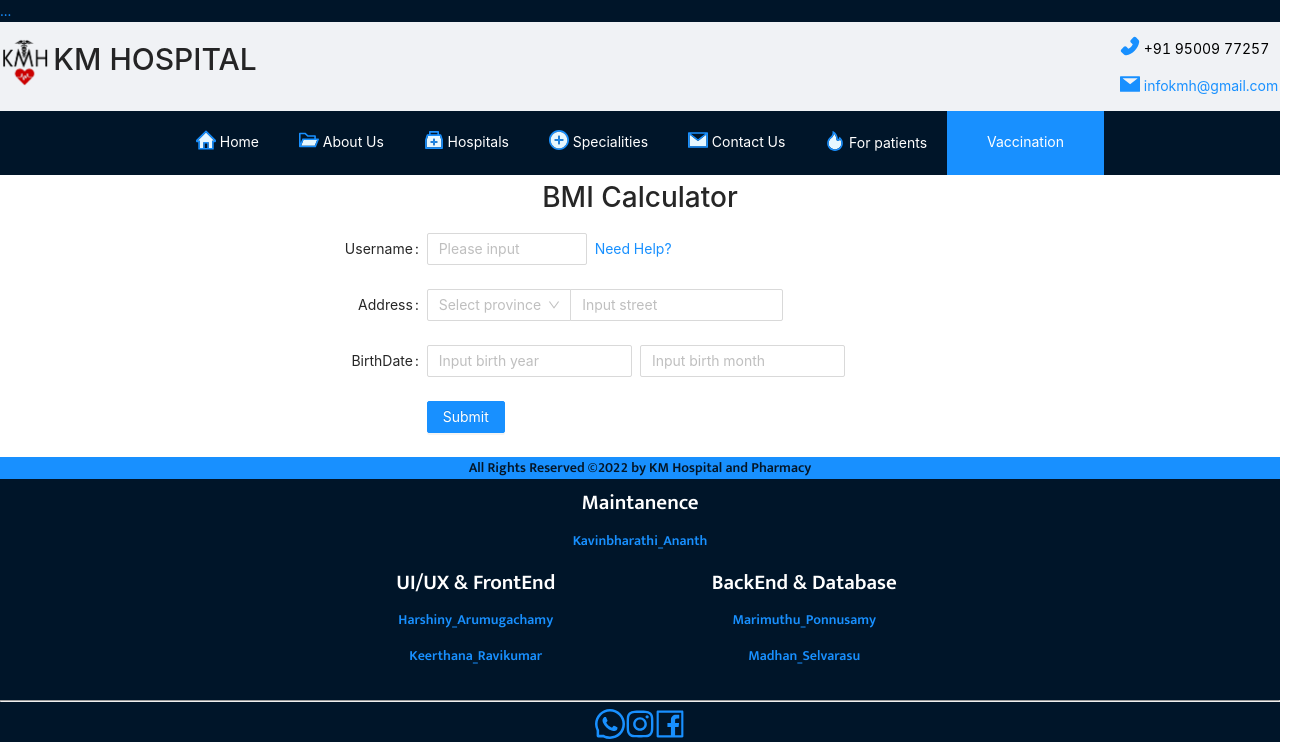
Repository: marimuthu1001/KHM-hospital
Page: /bmicalculator (app in km-hospital/)
These files come from the project's save history. The page is drawn as it stood at one moment and after the next save; the edit follows.
The browser window is 1280 px wide. The page is 1297 px wide, so the pictures cover 1297 px, including what lies to the right of the window. The pictures show the whole page.
The project was rebuilt for these pictures with package versions that can differ from the ones it lists, and the page was loaded fresh each time. Also part of the build but not shown: km-hospital/src/Styles/ContactUs.module.css, km-hospital/src/Pages/ContactUs.jsx, km-hospital/src/Pages/AboutUS.jsx, km-hospital/src/Styles/Specialities.module.css, km-hospital/src/firebase.js, km-hospital/src/Pages/Specialities.jsx, km-hospital/src/Pages/Feedback.jsx.

Above is the page before, as saved 2022-01-25 14:15:16.

After the next save:
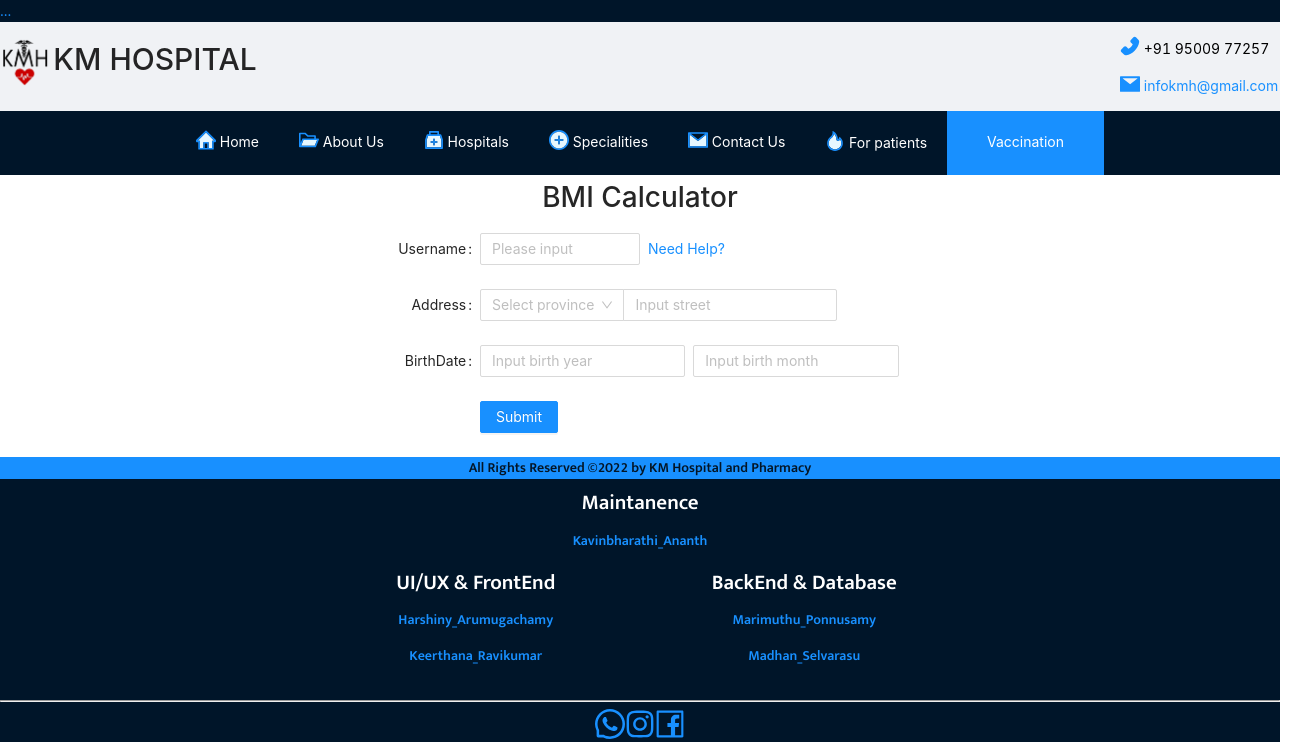
Saved 40 s later.
--- a/km-hospital/src/Pages/For Patients/Bmi_Calculator.jsx
+++ b/km-hospital/src/Pages/For Patients/Bmi_Calculator.jsx
@@ -24,7 +24,7 @@ function Bmi_Calculator() {
 
 
 
-            <Form name="complex-form" onFinish={onFinish} labelCol={{ span: 8 }} wrapperCol={{ span: 8 }}>
+            <Form name="complex-form" onFinish={onFinish} labelCol={{ span: 9 }} wrapperCol={{ span: 8 }}>
                 <Form.Item label="Username">
                     <Space>
                     <Form.Item
